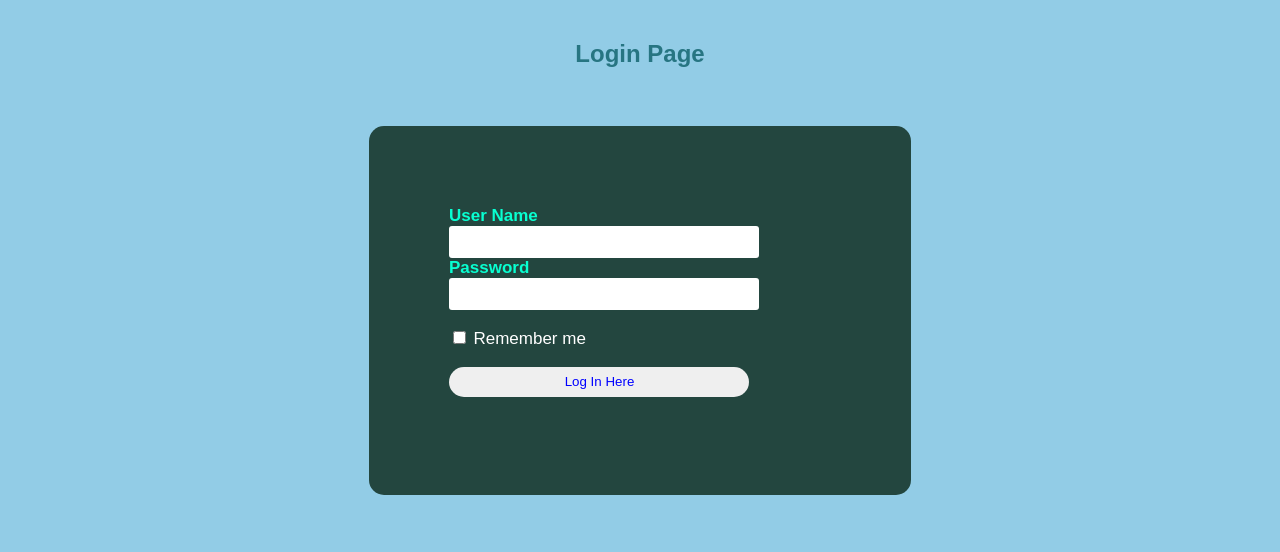
Repository: rohanbhavare1234/BikeServiceWorkspace
Page: eclipse-workspace/jspdemo/WebContent/student-form.html
The author's editor kept a copy of each file at every save. The page is drawn from the files as they stood at one save, then again after the next save.
The browser window is 1280 px wide. The pictures show the whole page.

Above is the page before, as saved 2023-04-11 17:55:56.

### eclipse-workspace/jspdemo/WebContent/student-form.html
<!-- <html>
<head><title> Student Registration Form</title></head>
<body>
<form action="student-response.jsp">

	First name: <input type="text" name="firstName"/>

	<br/><br/>

	Last name: <input type="text" name="lastName"/>

	<br/><br/>

	<input type="submit" value="Submit"/>

</form>
</body>
</html> -->

<!DOCTYPE html>
<html>
<head>
    <title>Login Form</title>
    <link rel="stylesheet" type="text/css" href="Style.css">
</head>
<body>
    <h2>Login Page</h2><br>
    <div class="login">
    <form action="student-response.jsp">
        <label><b>User Name
        </b>
        </label>
        <input type="text" name="Uname" id="Uname"/>
        <br>
        <label><b>Password
        </b>
        </label>
        <input type="Password" name="Pass" id="Pass"/> <br><br>
        <input type="checkbox" id="check"/>
        <span>Remember me</span>
        <br><br>
        <input type="button" name="log" id="log" value="Log In Here">
        <br><br>


    </form>
</div>
</body>
</html>

### eclipse-workspace/jspdemo/WebContent/Style.css
@charset "ISO-8859-1";

body
{
    margin: 0;
    padding: 0;
    background-color:#6abadeba;
    font-family: 'Arial';
}
.login{
        width: 382px;
        overflow: hidden;
        margin: auto;
        margin: 20 0 0 450px;
        padding: 80px;
        background: #23463f;
        border-radius: 15px ;

}
h2{
    text-align: center;
    color: #277582;
    padding: 20px;
}
label{
    color: #08ffd1;
    font-size: 17px;
}
#Uname{
    width: 300px;
    height: 30px;
    border: none;
    border-radius: 3px;
    padding-left: 8px;
}
#Pass{
    width: 300px;
    height: 30px;
    border: none;
    border-radius: 3px;
    padding-left: 8px;

}
#log{
    width: 300px;
    height: 30px;
    border: none;
    border-radius: 17px;
    padding-left: 7px;
    color: blue;


}
span{
    color: white;
    font-size: 17px;
}
a{
    float: right;
    background-color: grey;
}

After the next save:
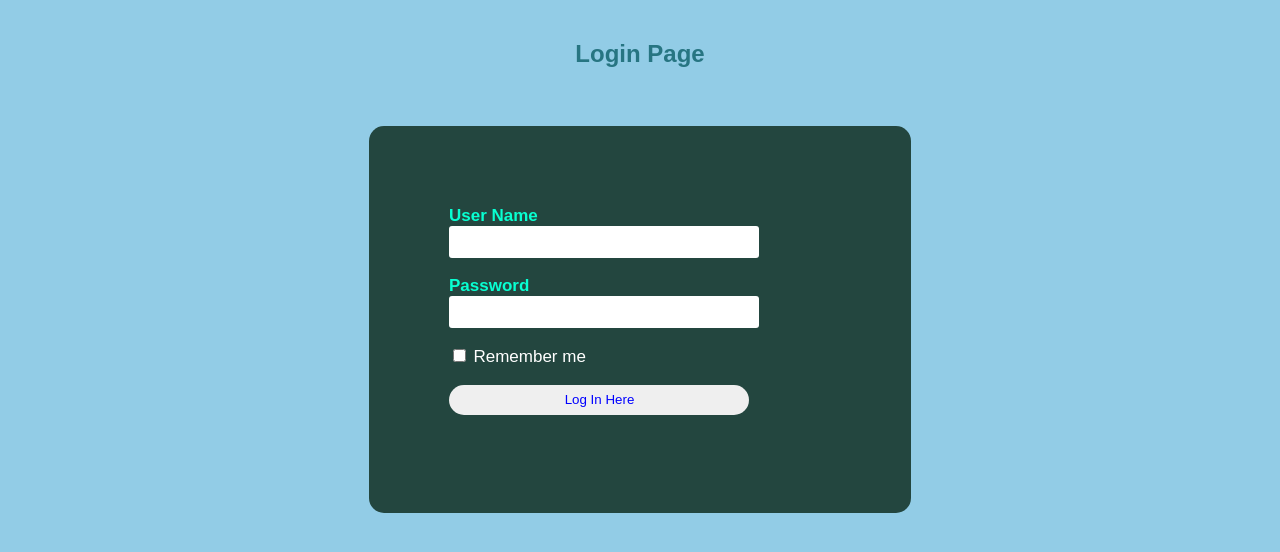
Saved 22 s later.
--- a/eclipse-workspace/jspdemo/WebContent/student-form.html
+++ b/eclipse-workspace/jspdemo/WebContent/student-form.html
@@ -31,7 +31,7 @@
         </b>
         </label>
         <input type="text" name="Uname" id="Uname"/>
-        <br>
+        <br><br>
         <label><b>Password
         </b>
         </label>
